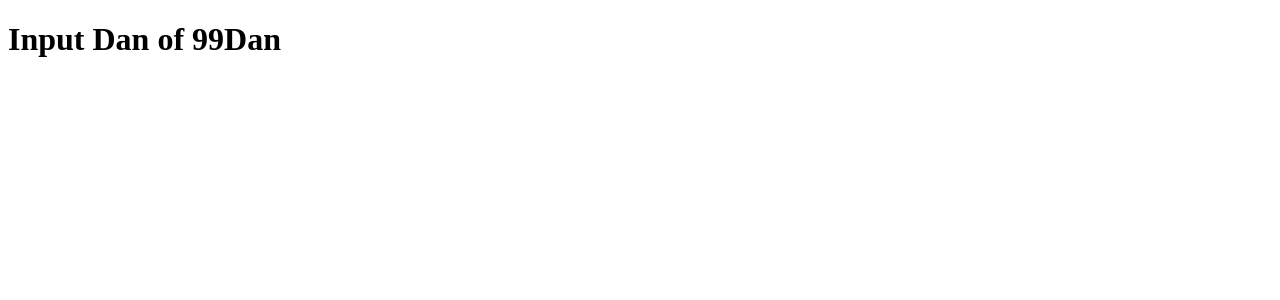
Repository: Vipper105/Restaurant_project
Page: webShop/WebContent/Gugu.html
These files come from the project's save history. The page is drawn as it stood at one moment and after the next save; the edit follows.
The browser window is 1280 px wide. The pictures show the whole page.

Above is the page before, as saved 2020-08-11 02:54:38.

### webShop/WebContent/Gugu.html
<!DOCTYPE html>
<html>
<head>
<meta charset="ISO-8859-1">
<title>Insert title here</title>
</head>
<body>
	<h1>Input Dan of 99Dan</h1>
	<form method="get" acction="gugudan" >

	</form>


</body>
</html>

After the next save:
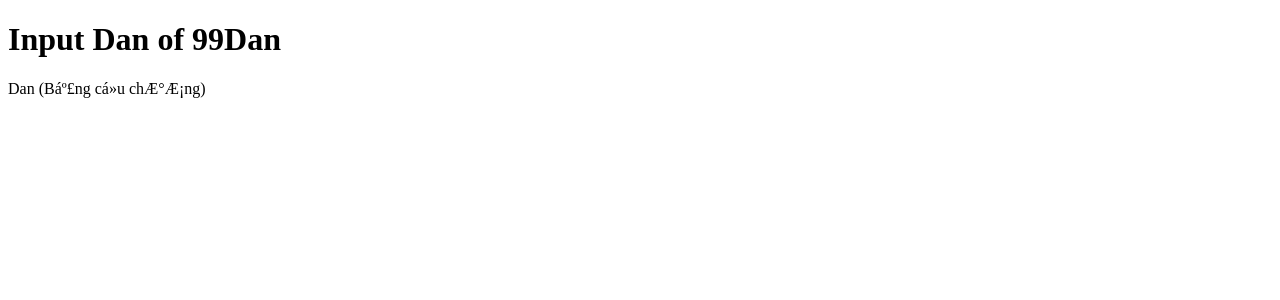
Saved 20 s later.
--- a/webShop/WebContent/Gugu.html
+++ b/webShop/WebContent/Gugu.html
@@ -7,7 +7,7 @@
 <body>
 	<h1>Input Dan of 99Dan</h1>
 	<form method="get" acction="gugudan" >
-
+		Dan (Bảng cửu chương)
 	</form>
 
 
